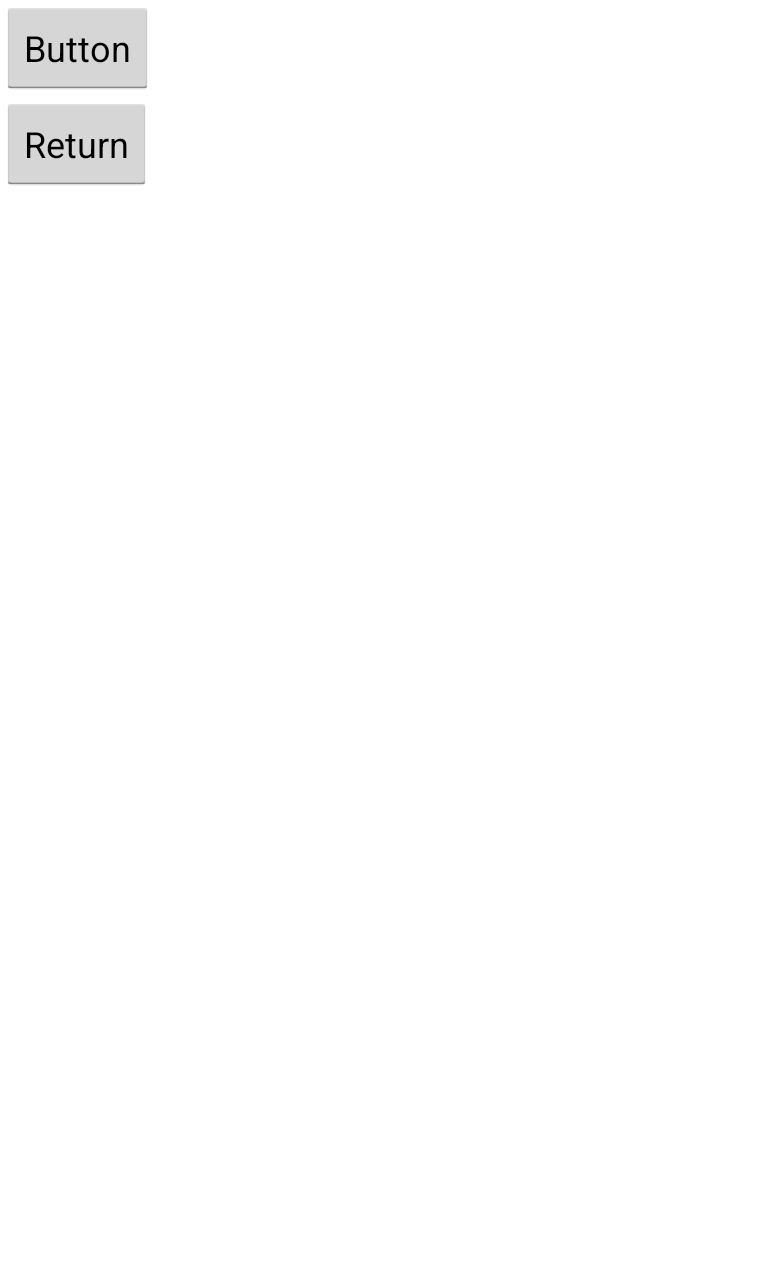
Repository: GUNDAMR/firstcode_android
Layout: C2ActivityTest/res/layout/second_layout.xml
The author's editor kept a copy of each file at every save. The layout is drawn from the files as they stood at one save, then again after the next save.
It is drawn on a 768 x 1280 px phone screen (xhdpi) without system bars, with theme AppTheme; the app's code is not run.

Above is the layout before, as saved 2014-12-09 09:46:29.

After the next save:
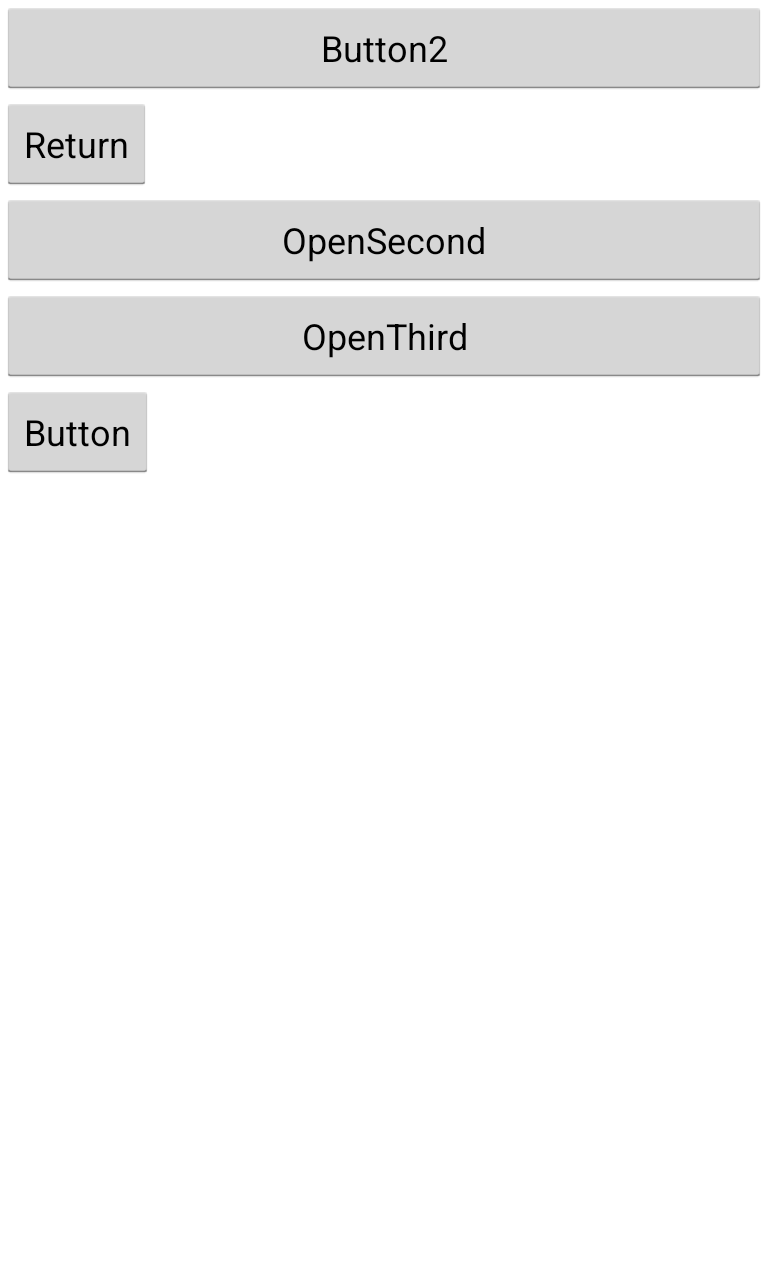
Saved 31 s later.
--- a/C2ActivityTest/res/layout/second_layout.xml
+++ b/C2ActivityTest/res/layout/second_layout.xml
@@ -5,10 +5,10 @@
     android:orientation="vertical" >
 
     <Button
-        android:id="@+id/btn_first"
-        android:layout_width="wrap_content"
+        android:id="@+id/button2"
+        android:layout_width="match_parent"
         android:layout_height="wrap_content"
-        android:text="Button" />
+        android:text="Button2" />
 
     <Button
         android:id="@+id/btn2_return"
@@ -16,4 +16,22 @@
         android:layout_height="wrap_content"
         android:text="Return" />
 
+    <Button
+        android:id="@+id/btn_second"
+        android:layout_width="match_parent"
+        android:layout_height="wrap_content"
+        android:text="OpenSecond" />
+
+    <Button
+        android:id="@+id/btn_third"
+        android:layout_width="match_parent"
+        android:layout_height="wrap_content"
+        android:text="OpenThird" />
+
+    <Button
+        android:id="@+id/button1"
+        android:layout_width="wrap_content"
+        android:layout_height="wrap_content"
+        android:text="Button" />
+
 </LinearLayout>
